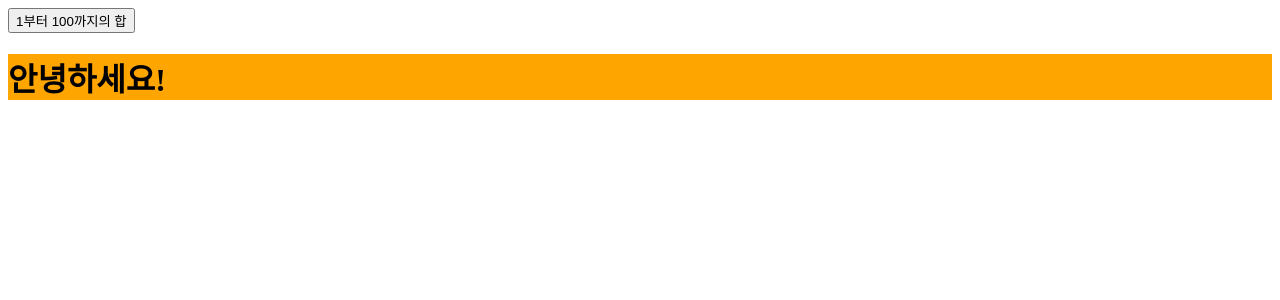
Repository: odasd/Ark-html
Page: 20200414/ex20200414/WebContent/ex03.html
These files come from the project's save history. The page is drawn as it stood at one moment and after a run of saves; the edit follows.
The browser window is 1280 px wide. The pictures show the whole page.
After loading, the first visible `#header` was clicked once.
Some web libraries are served in a nearby version.

Above is the page before, as saved 2020-04-14 01:54:31.

### 20200414/ex20200414/WebContent/ex03.html
<!DOCTYPE html>
<html>
<head>
	<meta charset="UTF-8">
	<title>jQuery 라이브러리</title>
	<script src="http://code.jquery.com/jquery-1.9.1.js"></script>
</head>
<body>
	<button id="sum">1부터 100까지의 합</button>
	<h1 id="header">안녕하세요!</h1>
</body>
<script>
	$("#header").on("click", function() {
		$("#header").css("background" , "orange")
	});

		$("#sum").on("click", function(){ //on은 이벤트 종류라는 뜻임
			var sum=0;
			for(i=0; i<=100; i++) {
				sum=sum+i;
			}
			alert(sum);
		});
	</script>
</html>

After the next 2 saves:
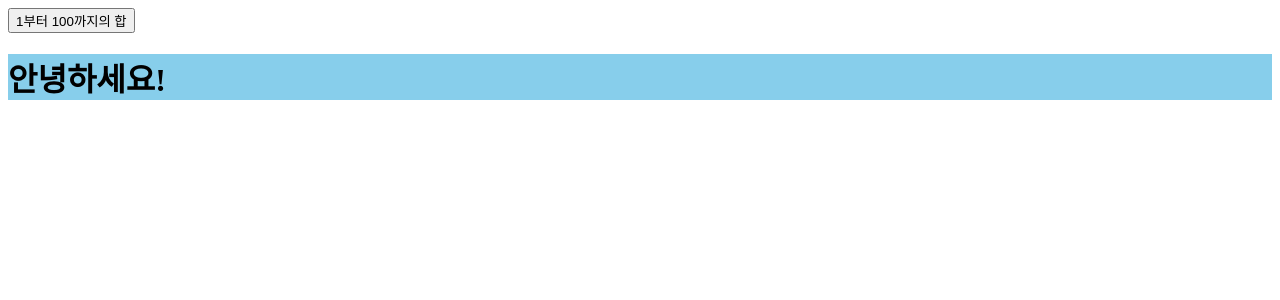
The 2 saves are shown as one change because they came seconds apart.
The last was saved 30 s later.
--- a/20200414/ex20200414/WebContent/ex03.html
+++ b/20200414/ex20200414/WebContent/ex03.html
@@ -11,7 +11,7 @@
 </body>
 <script>
 	$("#header").on("click", function() {
-		$("#header").css("background" , "orange")
+		$("#header").css("background" , "skyblue");
 	});
 
 		$("#sum").on("click", function(){ //on은 이벤트 종류라는 뜻임
